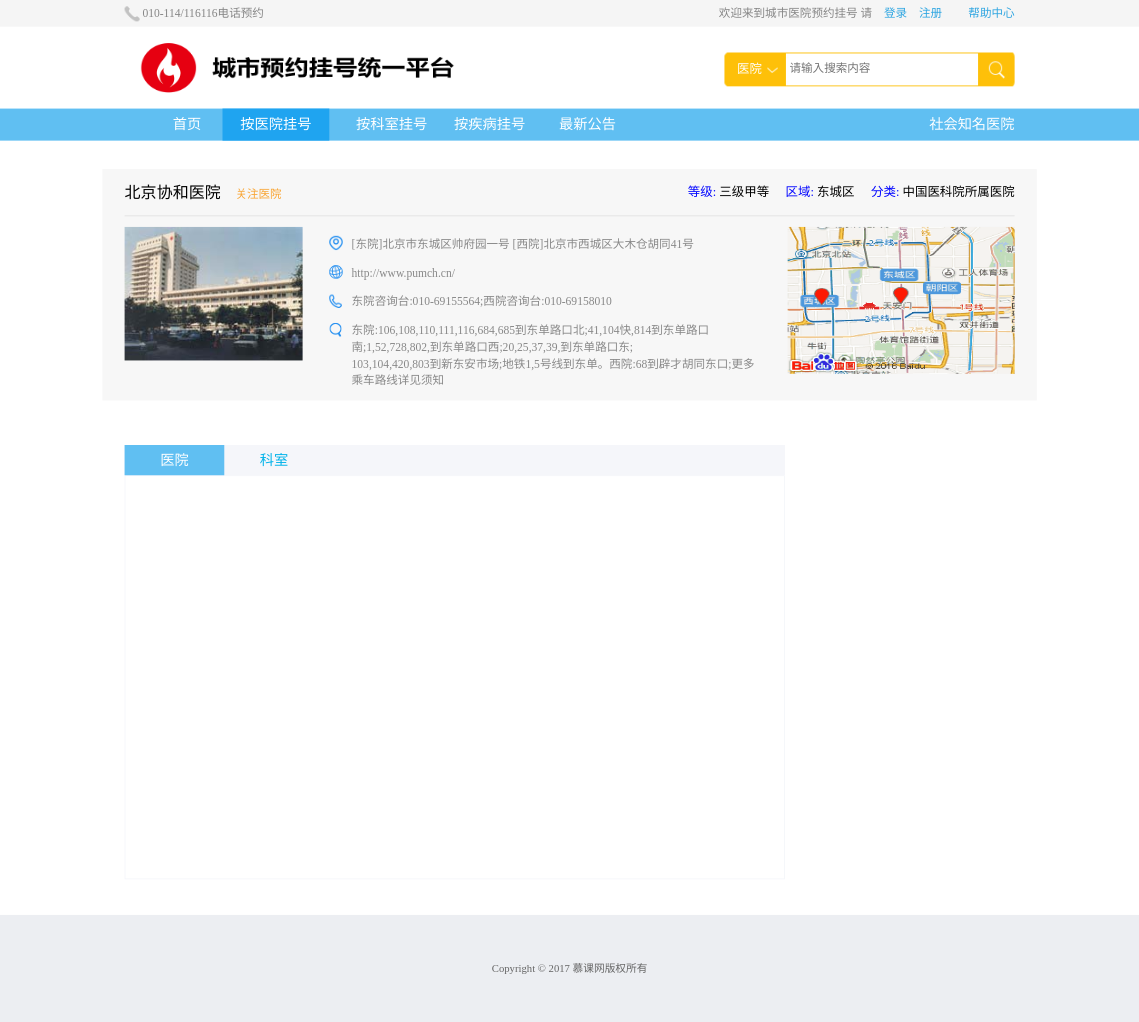
Repository: ScarApocalypse/study
Page: 挂号平台/hospital_detail.html
The author's editor kept a copy of each file at every save. The page is drawn from the files as they stood at one save, then again after the next save.
The browser window is 1280 px wide. The pictures show the whole page, at 89% of full size.

Above is the page before, as saved 2019-01-22 22:54:20.

After the next save:
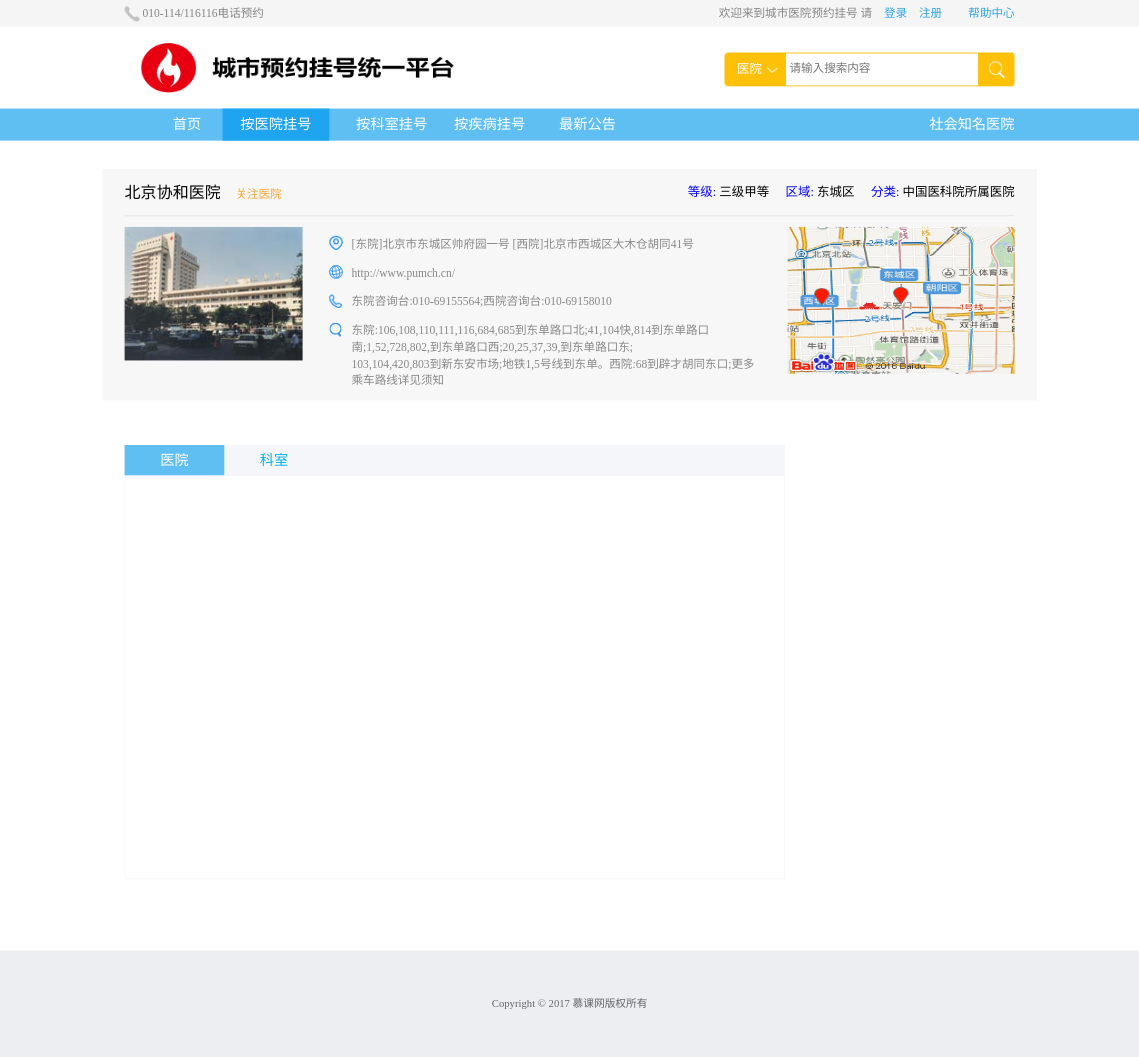
Saved 49 s later.
--- a/挂号平台/css/hospital_detail.css
+++ b/挂号平台/css/hospital_detail.css
@@ -66,5 +66,6 @@
 }
 /* 内容切换栏区域 */
 .content{
-    margin-top:40px;
+    margin:40px 0;
+
 }
